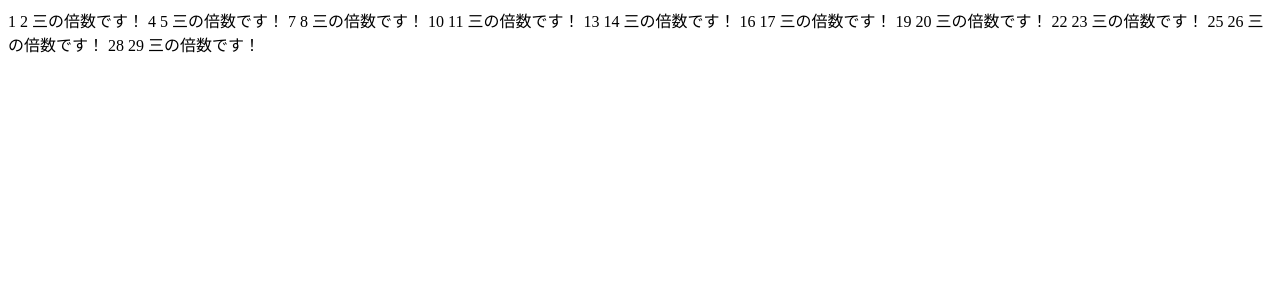
Repository: Ryutaro26/samurai-lp
Page: http://localhost/for.php
The author's editor kept a record of every edit. The page is drawn from the files as they stood at one moment, then again after the next edit.
The browser window is 1280 px wide. The pictures show the whole page.
The page is run by PHP 8.4 with error messages shown; the project is at /var/www/html/.

Above is the page before.

After the next edit:
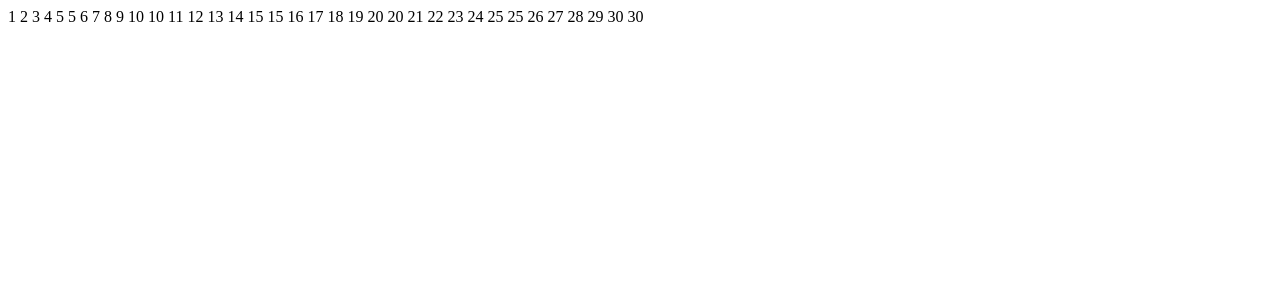
The edit:
--- a/for.php
+++ b/for.php
@@ -1,9 +1,8 @@
 <?php
-for($i = 1; $i < 31; $i++) {
-    if($i % 3 == 0) {
-        print("三の倍数です！"."\n");
-    }else {
-        print($i."\n");
+for($i = 1; $i <= 30; $i++) {
+    if($i % 5 == 0){
+         print($i."\n");
     }
+   print($i."\n");
 }
 ?>
